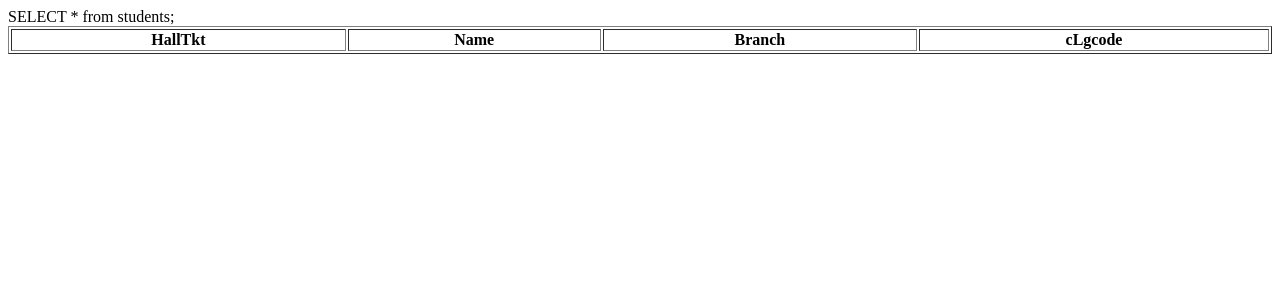
Repository: saiswaroop1547/ctstraining
Page: http://localhost/something/Sqljstl.jsp
The author's editor kept a copy of each file at every save. The page is drawn from the files as they stood at one save, then again after the next save.
The browser window is 1280 px wide. The pictures show the whole page.
The page is served by Tomcat 9. Queries for data that is not in the repository find no rows.

Above is the page before, as saved 2020-02-13 05:12:24.

After the next save:
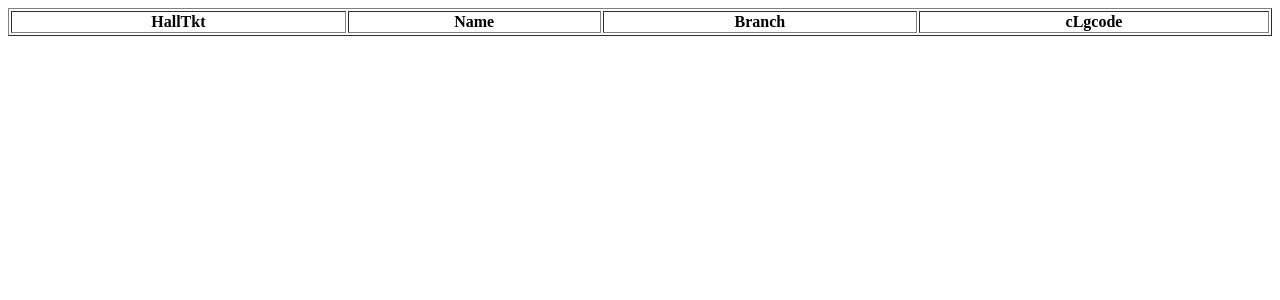
Saved 32 s later.
--- a/something/WebContent/Sqljstl.jsp
+++ b/something/WebContent/Sqljstl.jsp
@@ -1,5 +1,5 @@
 <%@ taglib uri="http://java.sun.com/jsp/jstl/core" prefix="c"%>
-<%@ taglib uri="http://java.sun.com/jsp/jstl/sql" prefix="fn"%>
+<%@ taglib uri="http://java.sun.com/jsp/jstl/sql" prefix="sql"%>
 <%@ page import="java.util.*,java.sql.*,java.io.*"%>
 <%@ page import="javax.servlet.http.*,javax.servlet.*"%>
 <html>
